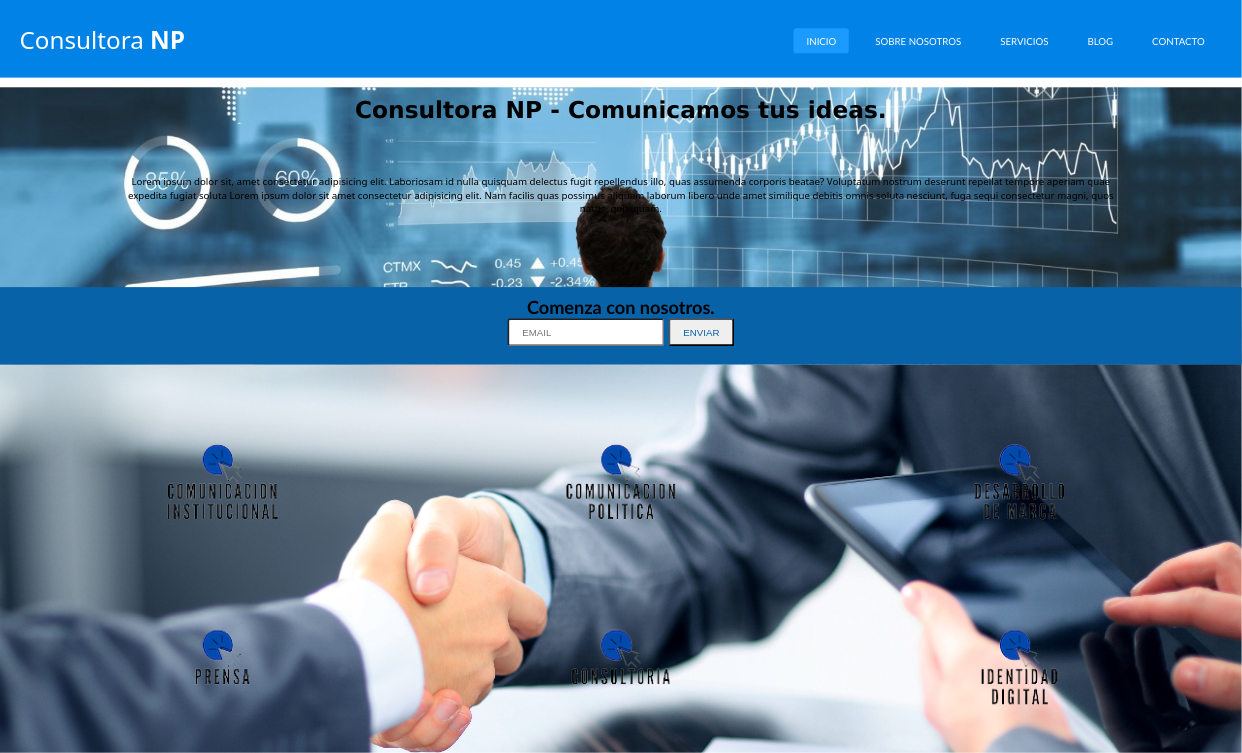
Repository: Batu120/pre-entrega2
Page: index.html
An editor plug-in stored every save of this project. The page is shown before and after the next save, followed by the edit.
The browser window is 1280 px wide. The pictures show the whole page, at 97% of full size.

Above is the page before, as saved 2022-11-02 14:30:46.

### index.html
<!DOCTYPE html>
<html lang="en" dir="ltr">
<head>
    <meta charset="UTF-8">
    <meta http-equiv="X-UA-Compatible" content="IE=edge">
    <meta name="viewport" content="width=device-width, initial-scale=1.0">
    <title>2da Pre Entrega</title>
    <link rel="stylesheet" href="https://cdnjs.cloudflare.com/ajax/libs/font-awesome/4.7.0/css/font-awesome.min.css">
    <!-- CSS -->
    <link rel="stylesheet" href="CSS/style.css">

</head>
<body>
    <nav>
        <input type="checkbox" id="check">
        <label for="check" class="checkbtn">
            <i style="font-size:24px" class="fa">&#xf0c9;</i>
        </label>
        <label class="logo">Consultora <label class="logo1">NP</label></label>
            <!-- Lista no ordenada -->
            <ul>
                <!-- Items / Menu -->
                <li><a class="active" href="index.html">Inicio</a></li>
                <li><a href="HTML/SobreNosotros.html">Sobre Nosotros</a></li>
                <li><a href="HTML/Servicios.html">Servicios</a></li>
                <li><a href="HTML/Blog.html">Blog</a></li>
                <li><a href="HTML/Contacto.html">Contacto</a></li>
            </ul>
    </nav>

    <section>
       <!--  <div class="grid-container">
            <img src="/IMG/1.Diagnostico.png" alt="diagnostico">
            <img src="/IMG/2.Estrategia.png" alt="estrategia">
            <img src="/IMG/3.Implementacion.png" alt="implementacion">
        </div> -->
        <div class="container-div">
            <!-- titulo h1 -->
            <h1>Consultora NP - Comunicamos tus ideas.</h1>
            <br>
            <!-- Parrafo -->
            <p>Lorem ipsum dolor sit, amet consectetur adipisicing elit. Laboriosam id nulla quisquam delectus fugit repellendus illo, quas assumenda corporis beatae? Voluptatum nostrum deserunt repellat tempore aperiam quae expedita fugiat soluta Lorem ipsum dolor sit amet consectetur adipisicing elit. Nam facilis quas possimus aliquam laborum libero unde amet similique debitis omnis soluta nesciunt, fuga sequi consectetur magni, quos natus, quia quam.</p>
            <br><br>
        </div>

        <div class="container-form">
            <h3>Comenza con nosotros.</h3>
            <form class= "form-news" action="#" method="post" enctype>
                <input type="text" name="email" placeholder="Email">
                <input type="button" type="submit" value="enviar">
            </form>
        </div>
    </section>
    <section class="wallpaper">
        <div class="grid-container2">
            <div class="Com-1"><a href=""><img src="IMG/1com-inst.png" alt="pic1"></a></div>
            <div class="Com-2"><a href=""><img src="IMG/2com-polit.png" alt="pic2"></a></div>
            <div class="Com-3"><a href=""><img src="IMG/3des-marca.png" alt="pic3"></a></div>
            <div class="Com-4"><a href=""><img src="IMG/4prensa.png" alt="pic4"></a></div>
            <div class="Com-5"><a href=""><img src="IMG/5cons.png" alt="pic5"></a></div>
            <div class="Com-6"><a href=""><img src="IMG/3iden-dig.png" alt="pic6"></a></div>
        </div>
    </section>


</body>
</html>

### CSS/style.css
body {
    /* background: url(/IMG/background_body.jpeg);
    background-repeat: no-repeat;
    background-size: cover;
    background-position-x: center;
    background-position-y: center;
    background-position: center;
    height: auto;
    width: auto; */
    font-family:'Gill Sans', 'Gill Sans MT', Calibri, 'Trebuchet MS', sans-serif;
}
section{
    background: url(/IMG/background_body.jpeg);
    background-repeat: no-repeat;
    background-size: cover;
    background-position-x: center;
    background-position-y: center;
    background-position: center;
    height: auto;
    width: auto;
}

/* NAV BAR - LINKS- RESPONSIVE */
* {
    padding: 0;
    margin: 0;
    text-decoration: none;
    list-style: none;
    box-sizing: border-box;
}
nav {
    background: #0082e6;
    height: 80px;
    width: 100%;
}
/*  */
.logo{
    color: white;
    font-size: 25px;
    line-height: 80px;
    padding: 20px;
    font-weight:lighter;
    font-family:system-ui, -apple-system, BlinkMacSystemFont, 'Segoe UI', Roboto, Oxygen, Ubuntu, Cantarell, 'Open Sans', 'Helvetica Neue', sans-serif;
}
.logo1{
    color: white;
    font-weight: bold;
}
nav ul{
    float: right;
    margin-right: 20px;
    padding-top: 0%;
}
nav ul li{
    display: inline-block;
    line-height: 80px;
    margin: 0 5px;
}
nav ul li a{
    color: white;
    font-size: 10px;
    padding: 7px 13px;
    border-radius: 3px;
    text-transform: uppercase;

}
a.active,a:hover{
    background: #1b9bff;
    transition: .5s;
}
.checkbtn{
    font-size: 30px;
    color: white;
    float: right;
    line-height: 80px;
    margin-right: 30px;
    cursor: pointer;
    display: none;
}
#check{
    display: none;
}
/* PREUBA RESPONSIVE TEST */
@media (max-width: 853px){
    label.logo {
        font-size: 25px;
        padding-left: 50px;
    }
    nav ul li a{
        font-size: 18px;
    }
}
@media (max-width: 853px){
    .checkbtn{
        display:inline-block;
    }
    ul{
        position:absolute;
        width: 100%;
        height: 100vh;
        background: #2c3e50;
        top: 80px;
        left: -100%;
        text-align: center;
        transition: all .5s;
    }
    nav ul li{
        display: block;
        margin: 50px 0;
        line-height: 30px;
    }
    nav ul li a {
        font-size: 20px;
    }
        a:hover,a.active{
        background:none;
        color: #0082e6;
        }
        #check:checked ~ ul{
        left: 0;
        }
    }

    /* IMG PICTURES page front */
    .grid-container {
        display: grid;
        grid-template-columns: auto auto auto;
        justify-content: center;
    }
    .container-div{
        display: flex;
        flex-direction: column;
        flex-wrap: wrap;
        justify-content: center;
        text-align: center;
        margin: 10px;
        font-family: system-ui, -apple-system, BlinkMacSystemFont, 'Segoe UI', Roboto, Oxygen, Ubuntu, Cantarell, 'Open Sans', 'Helvetica Neue', sans-serif;
    }
    /* TITLE TEXT */
    h1{
        font-weight: bolder;
        font-family: Verdana, Geneva, Tahoma, sans-serif;
        display: inline-block;
        padding: 10px;
    }
    /* TEXT */
    p{
        margin: 20px;
        padding-left: 100px;
        padding-right: 100px;
        font-size: 10px;

    }
    /* NEWS FORM */
    .container-form{
        text-align: center;
        font-size: medium;
        background: #0862a7;
        height: 80px;
        width: 100%;
        padding: 10px;
    }
    input{
        color: #0862a7;
        font-size: 10px;
        padding: 7px 13px;
        border-radius: 3px;
        text-transform: uppercase;
    }
    .wallpaper {
        background-image: url(/IMG/consultoria_img.jpeg);
        background-repeat: no-repeat;
        background-size: cover;
        background-position: center;
        background-position-x: center;
        background-position-y: center;
        height: 400px;
    }
    .grid-container2 {
        display: grid;
        grid-template-columns: 1fr 1fr 1fr;
        grid-template-rows: 1fr 1fr;
        justify-content: center;
        gap: 12px 12px;
        padding-top: 30px;
        margin-left: 30px;
        margin-right: 30px;
        height: 400px;
        grid-template-areas:
            "Com-1 Com-2 Com-3"
            "Com-4 Com-5 Com-6";
    }
    .Com-1 {
        justify-self: center;
        align-self: center;
        grid-area: Com-1;
    }
    .Com-2 {
        justify-self: center;
        align-self: center;
        grid-area: Com-2;
    }
    .Com-3 {
        justify-self: center;
        align-self: center;
        grid-area: Com-3;
    }
    .Com-4 {
        justify-self: center;
        align-self: center;
        grid-area: Com-4;
    }
    .Com-5 {
        justify-self: center;
        align-self: center;
        grid-area: Com-5;
    }
    .Com-6 {
        justify-self: center;
        align-self: center;
        grid-area: Com-6;
    }
/*     @media screen (max-width:468px ){
        .grid-container2 {
            grid-template-areas:
            "Com-1"
            "Com-2"
            "Com-3"
            "Com-4"
            "Com-5"
            "Com-6";
        }
    } */

After the next save:
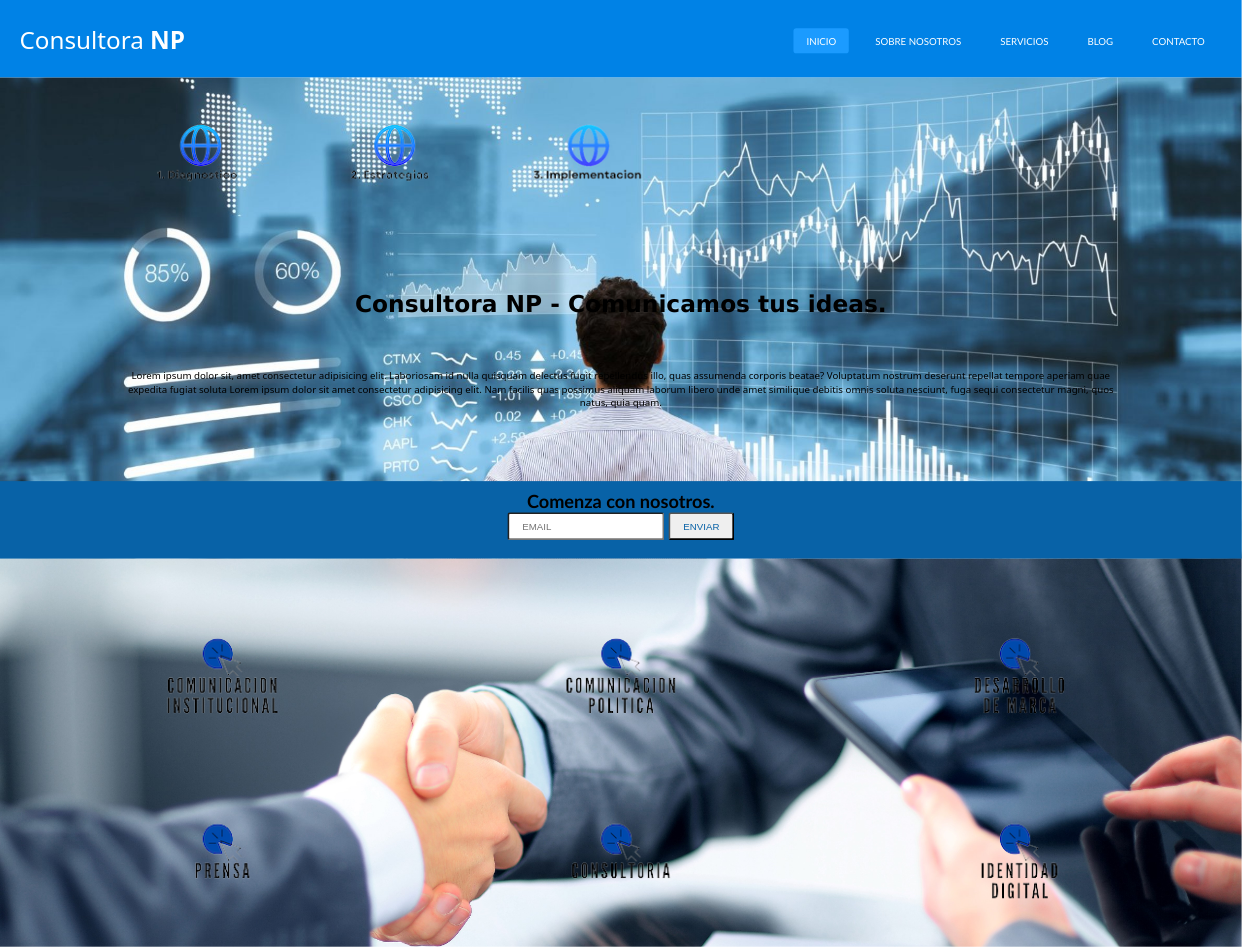
Saved 23 s later.
--- a/index.html
+++ b/index.html
@@ -29,11 +29,11 @@
     </nav>
 
     <section>
-       <!--  <div class="grid-container">
+        <div class="grid-container">
             <img src="/IMG/1.Diagnostico.png" alt="diagnostico">
             <img src="/IMG/2.Estrategia.png" alt="estrategia">
             <img src="/IMG/3.Implementacion.png" alt="implementacion">
-        </div> -->
+        </div>
         <div class="container-div">
             <!-- titulo h1 -->
             <h1>Consultora NP - Comunicamos tus ideas.</h1>
